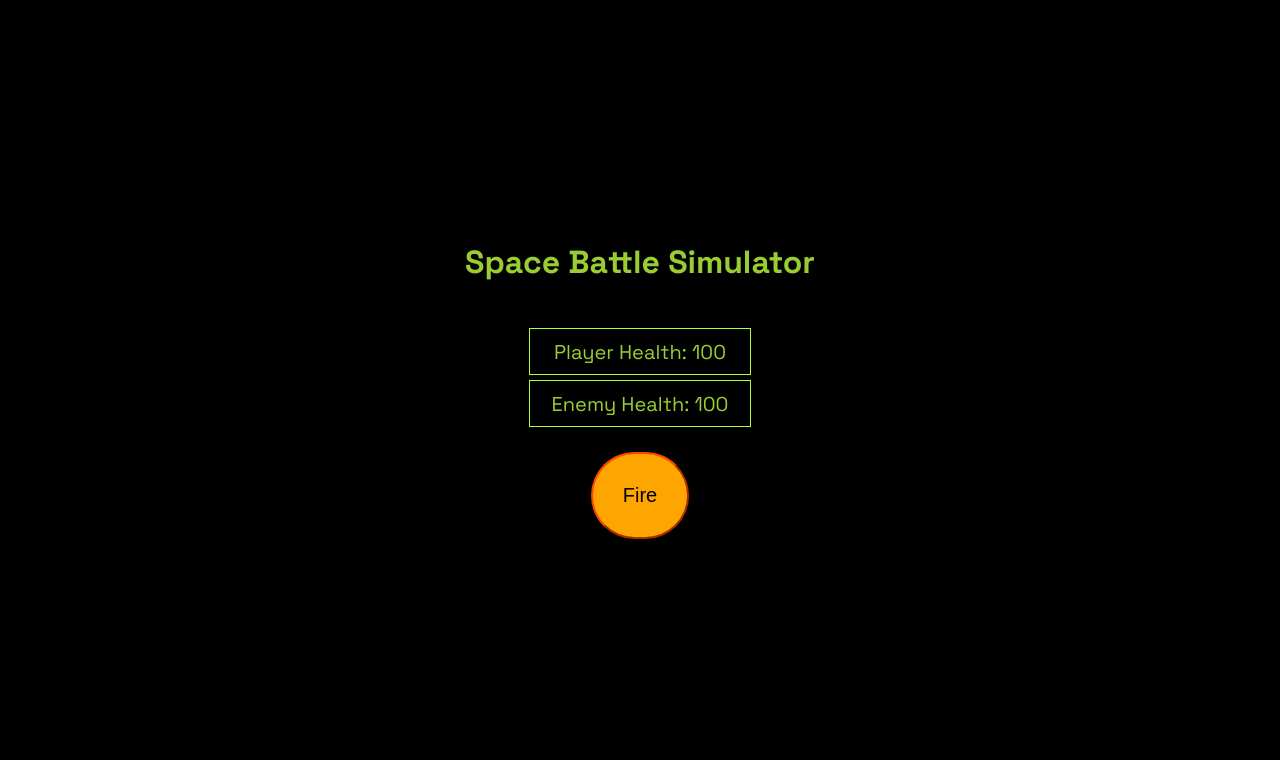
Repository: rmdayberry/Space-Battle
Page: /
An editor plug-in stored every save of this project. The page is shown before and after the next save, followed by the edit.
The browser window is 1280 px wide. The pictures show the whole page.
The project was rebuilt for these pictures with package versions that can differ from the ones it lists, and the page was loaded fresh each time. Also part of the build but not shown: vite.config.js, src/App.css.

Above is the page before, as saved 2024-08-24 10:59:56.

### index.html
<!DOCTYPE html>
<html lang="en">
  <head>
    <meta charset="UTF-8" />
    <link rel="icon" type="image/svg+xml" href="/vite.svg" />
    <meta name="viewport" content="width=device-width, initial-scale=1.0" />
    <title>Space Battle</title>
  </head>
  <body>
    <div id="root"></div>
    <script type="module" src="/src/main.jsx"></script>
  </body>
</html>

### src/App.jsx
import { useState } from "react";
import "./App.css";
import "./index.css";
import Health from "./Health";
import GameController from "./GameController";

function App() {
  const [playerHealth, setPlayerHealth] = useState(100);
  const [enemyHealth, setEnemyHealth] = useState(100);
  const [gameStatus, setGameStatus] = useState("playing");

  const handleFire = (playerDamage, enemyDamage) => {
    const newPlayerHealth = Math.max(playerHealth - playerDamage, 0);
    const newEnemyHealth = Math.max(enemyHealth - enemyDamage, 0);

    setPlayerHealth(newPlayerHealth);
    setEnemyHealth(newEnemyHealth);

    if (newPlayerHealth === 0 && newEnemyHealth === 0) {
      setGameStatus("draw");
    } else if (newPlayerHealth === 0) {
      setGameStatus("loss");
    } else if (newEnemyHealth === 0) {
      setGameStatus("win");
    }
  };

  const handleRestart = () => {
    setPlayerHealth(100);
    setEnemyHealth(100);
    setGameStatus("playing");
  };
  return (
    <div>
      <h1>Space Battle Simulator</h1>
      <Health playerHealth={playerHealth} enemyHealth={enemyHealth} />
      <GameController
        gameStatus={gameStatus}
        onFire={handleFire}
        onRestart={handleRestart}
      />
    </div>
  );
}

export default App;

### src/index.css
@import url("https://fonts.googleapis.com/css2?family=Space+Grotesk:wght@300..700&display=swap");

body {
  background-color: black;
  font-family: "Space Grotesk", sans-serif;
  color: yellowgreen;
  margin: 0;
  padding: 20px;
  display: flex;
  justify-content: center;
  align-items: center;
  height: 100vh;
}

#root {
  text-align: center;
}

### src/Health.jsx
import React from "react";
import "./Health.css";

function Health({ playerHealth, enemyHealth }) {
  return (
    <div className="health-display">
      <p className="player-health">Player Health: {playerHealth}</p>
      <p className="enemy-health">Enemy Health: {enemyHealth}</p>
    </div>
  );
}

export default Health;

### src/GameController.jsx
import React from "react";
import "./GameController.css";

function GameController({ gameStatus, onFire, onRestart }) {
  const handleFireClick = () => {
    const playerDamage = Math.floor(Math.random() * 10) + 1;
    const enemyDamage = Math.floor(Math.random() * 10) + 1;

    onFire(playerDamage, enemyDamage);
  };
  return (
    <div>
      {gameStatus === "playing" && (
        <button onClick={handleFireClick}>Fire</button>
      )}
      {gameStatus !== "playing" && <button onClick={onRestart}>Restart</button>}
      {gameStatus !== "playing" && <p>{gameStatus.toUpperCase()}!</p>}
    </div>
  );
}

export default GameController;

### src/Health.css
.health-display {
  margin: 20px 0;
  display: inline-block;
  justify-content: space-around;
}
.health-display p {
  font-size: 20px;
  margin: 5px 0;
}
.player-health {
  border: 1px solid greenyellow;
  padding: 10px;
  width: 200px;
  height: 25px;
  display: flex;
  align-items: center;
  justify-content: center;
  font-size: 20px;
  text-align: left;
}
.enemy-health {
  border: 1px solid greenyellow;
  padding: 10px;
  width: 200px;
  height: 25px;
  display: flex;
  align-items: center;
  justify-content: center;
  font-size: 20px;
  text-align: left;
}

### src/GameController.css
button {
  background-color: orange;
  border-color: orangered;
  border-radius: 50px;
  text-align: center;
  font-size: 20px;
  padding: 30px;
}

Loaded but not shown: src/main.jsx (common file)

After the next save:
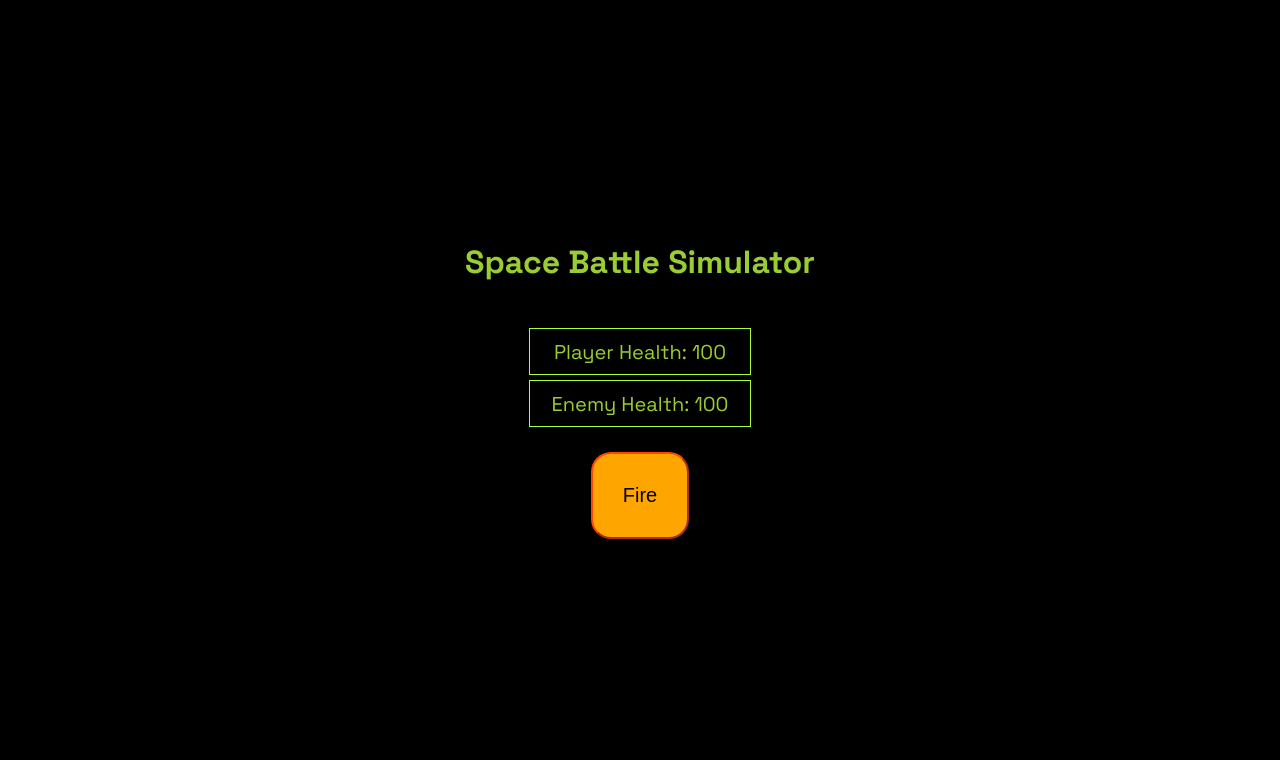
Saved 4 s later.
--- a/src/GameController.css
+++ b/src/GameController.css
@@ -1,7 +1,7 @@
 button {
   background-color: orange;
   border-color: orangered;
-  border-radius: 50px;
+  border-radius: 20px;
   text-align: center;
   font-size: 20px;
   padding: 30px;

After the save that followed:
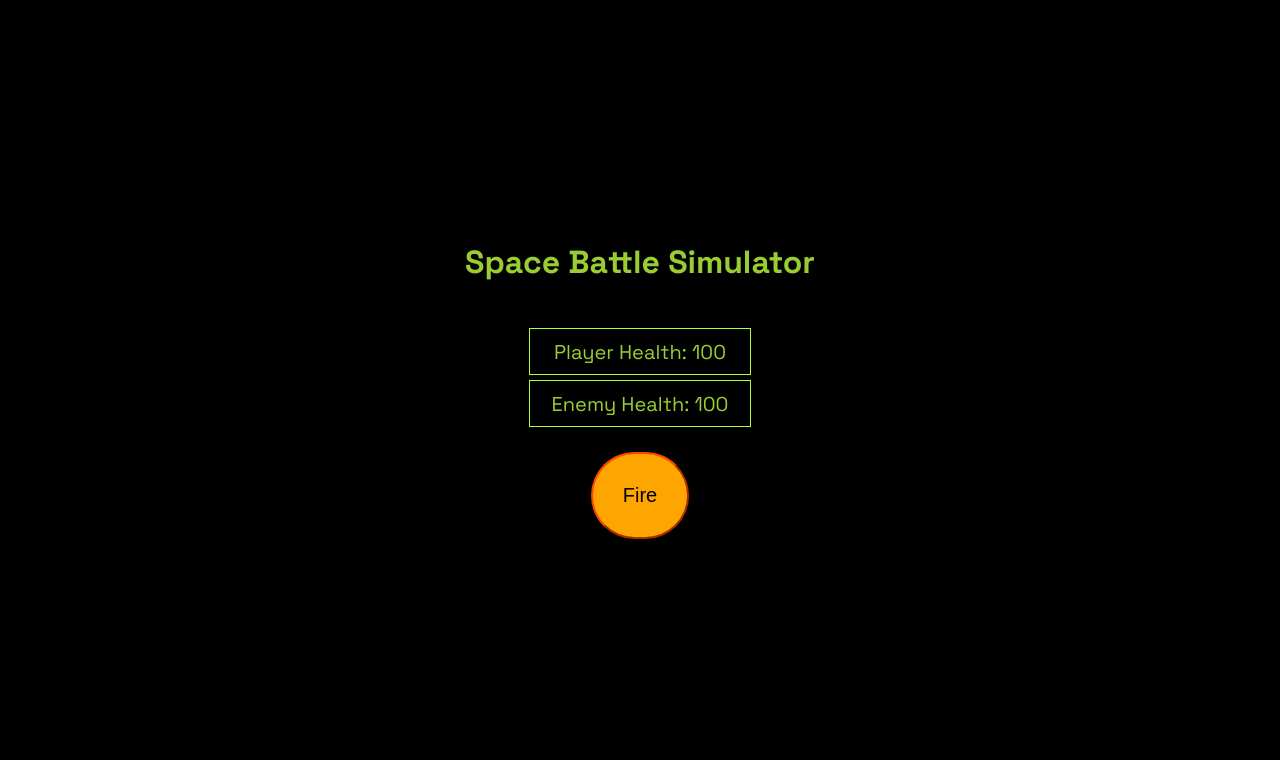
Saved 7 s later.
--- a/src/GameController.css
+++ b/src/GameController.css
@@ -1,7 +1,7 @@
 button {
   background-color: orange;
   border-color: orangered;
-  border-radius: 20px;
+  border-radius: 60px;
   text-align: center;
   font-size: 20px;
   padding: 30px;
